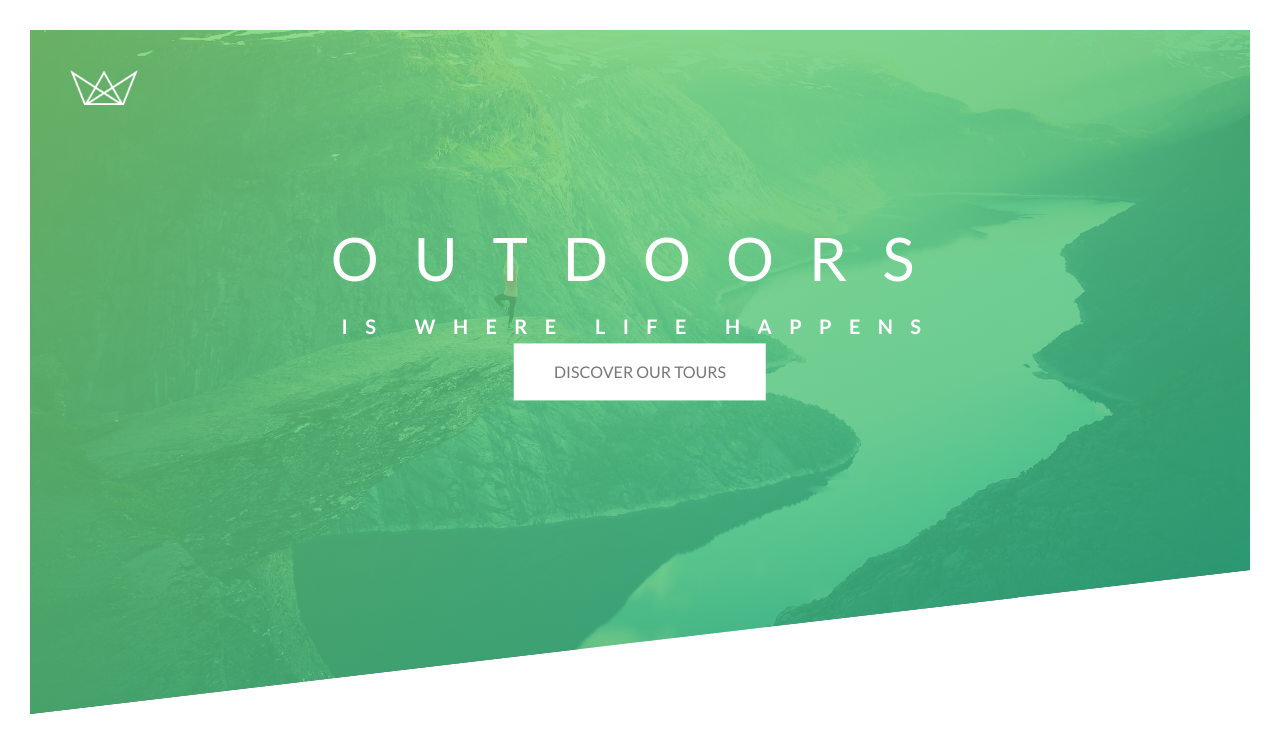
Repository: MalgorzataMazur/Natours
Page: index.html
An editor plug-in stored every save of this project. The page is shown before and after the next save, followed by the edit.
The browser window is 1280 px wide. The pictures show the whole page.

Above is the page before, as saved 2020-01-13 00:10:24.

After the next save:
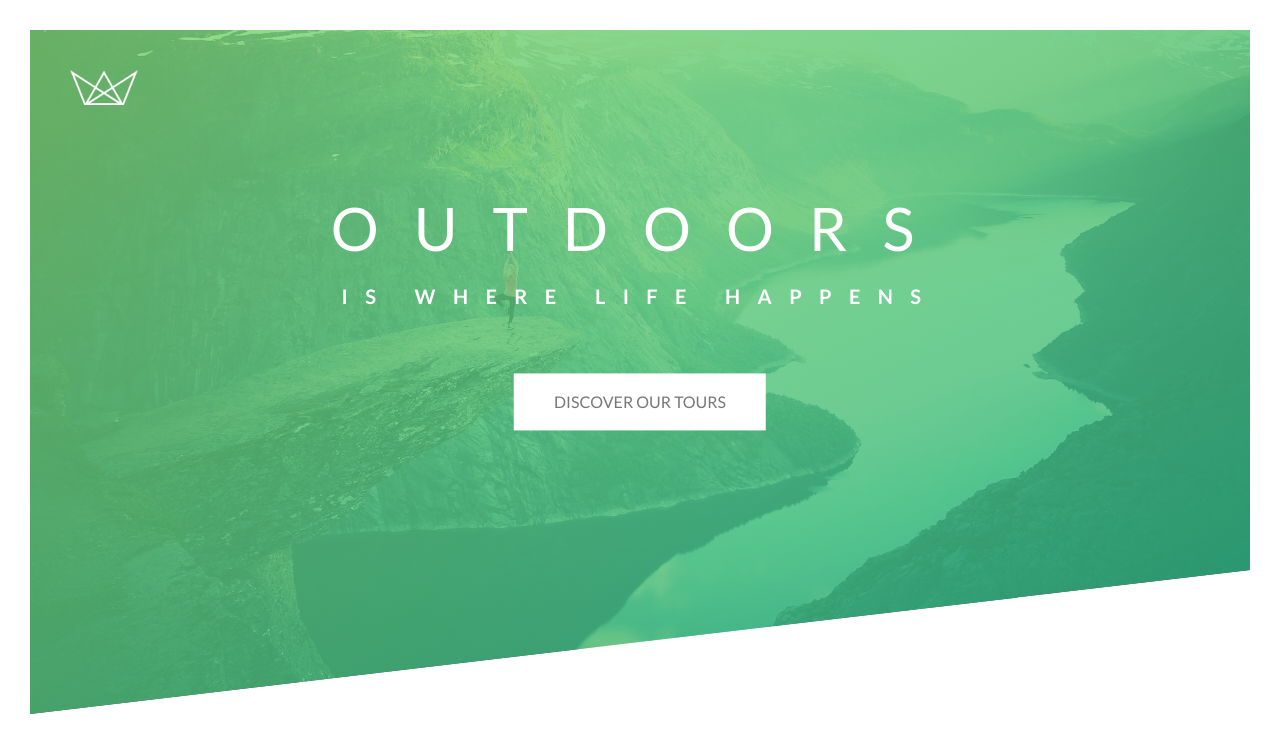
Saved 82 s later.
--- a/css/style.css
+++ b/css/style.css
@@ -53,14 +53,15 @@ body {
     top: 40%;                          /* top&left they're in relation to the parent element  */
     left: 50%;
     transform: translate(-50%, -50%);         /*translation  is in relation to the elemnet itself; header promary I mean an element to be centered we have to shifted 50% of height and width of element not parent */
-    text-align: center;
+    text-align: center;                /* button at the center */
 }
 
 .heading-primary {
     color: #ffffff;
     text-transform: uppercase;
 
-    backface-visibility: hidden;                  /* a little bit like to the top, shaky and it is to fix it  */
+    backface-visibility: hidden;
+    margin-bottom: 60px;                 /* a little bit like to the top, shaky and it is to fix it  */
 }
 
 .heading-primary-main {
